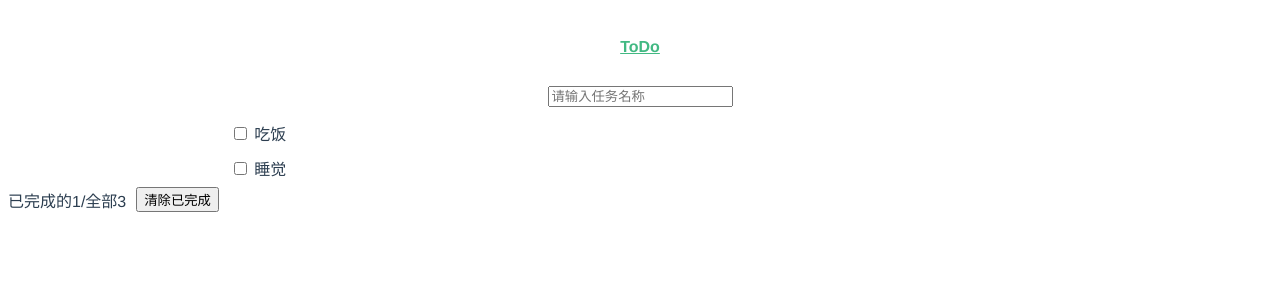
Repository: flyerwge/ToDo
Page: /
The author's editor kept a copy of each file at every save. The page is drawn from the files as they stood at one save, then again after the next save.
The browser window is 1280 px wide. The pictures show the whole page.
The project was rebuilt for these pictures with package versions that can differ from the ones it lists, and the page was loaded fresh each time. Also part of the build but not shown: vue.config.js.

Above is the page before, as saved 2021-03-13 16:00:55.

After the next save:
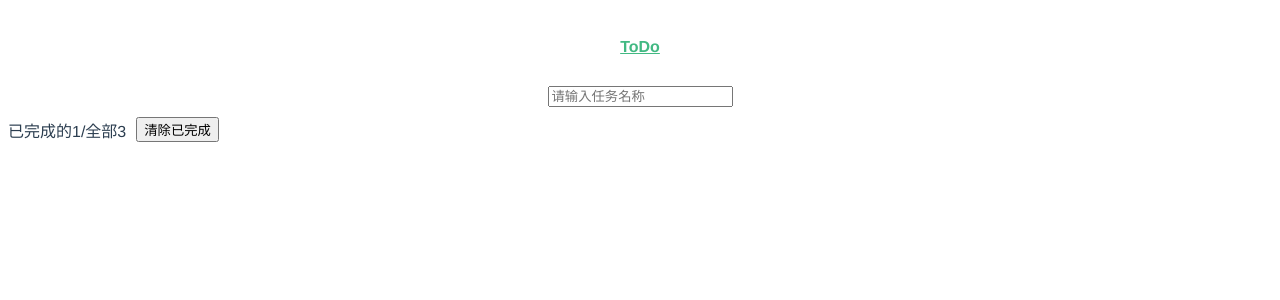
Saved 12 s later.
--- a/src/components/navMain/NavMain.vue
+++ b/src/components/navMain/NavMain.vue
@@ -14,17 +14,6 @@ import { defineComponent, ref } from "vue";
 export default defineComponent({
   name: "navMain",
   setup() {
-    let list = ref([
-      {
-        title: "吃饭",
-        complete: false,
-      },
-      {
-        title: "睡觉",
-        complete: false,
-      },
-    ]);
-
     //删除任务
     let del = (item, index) => {
       console.log(item);
@@ -32,7 +21,6 @@ export default defineComponent({
     };
 
     return {
-      list,
       del,
     };
   },
